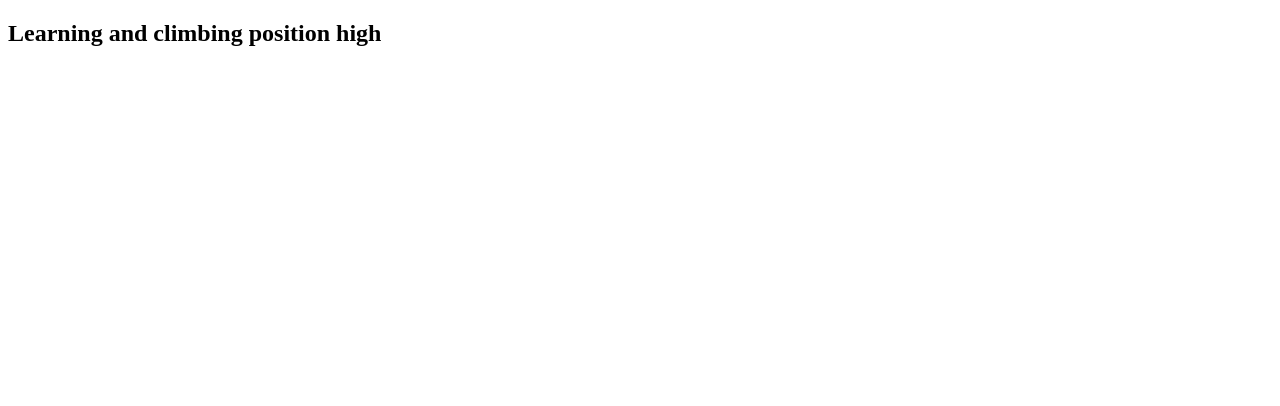
Repository: mohsinfarabi/first-website
Page: position.html
The author's editor kept a copy of each file at every save. The page is drawn from the files as they stood at one save, then again after the next save.
The browser window is 1280 px wide. The pictures show the whole page.

Above is the page before, as saved 2020-06-29 22:36:20.

After the next save:
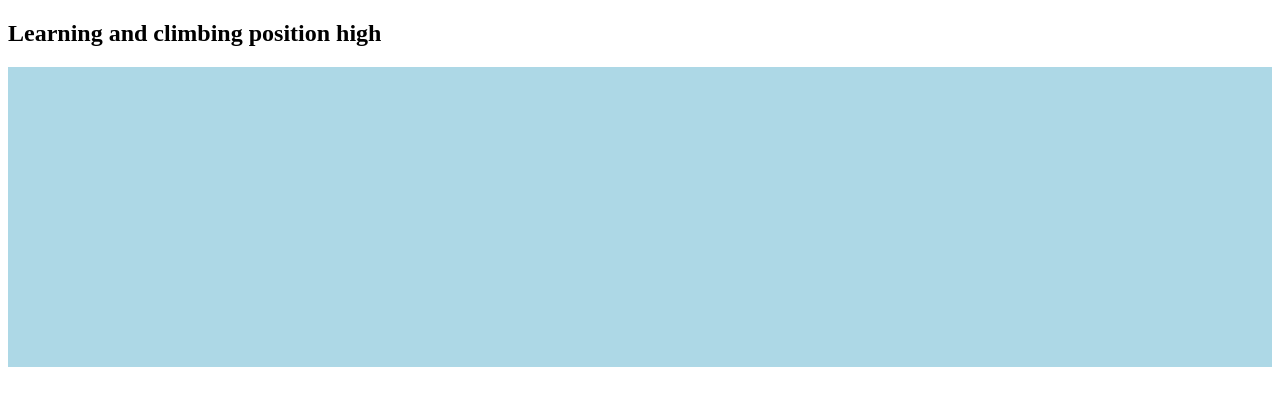
Saved 41 s later.
--- a/position.html
+++ b/position.html
@@ -8,6 +8,11 @@
     <style>
         .container {
             background-color: lightblue;
+        }
+
+        div {
+            height: 100px;
+            width: 100px;
         }
     </style>
 </head>
